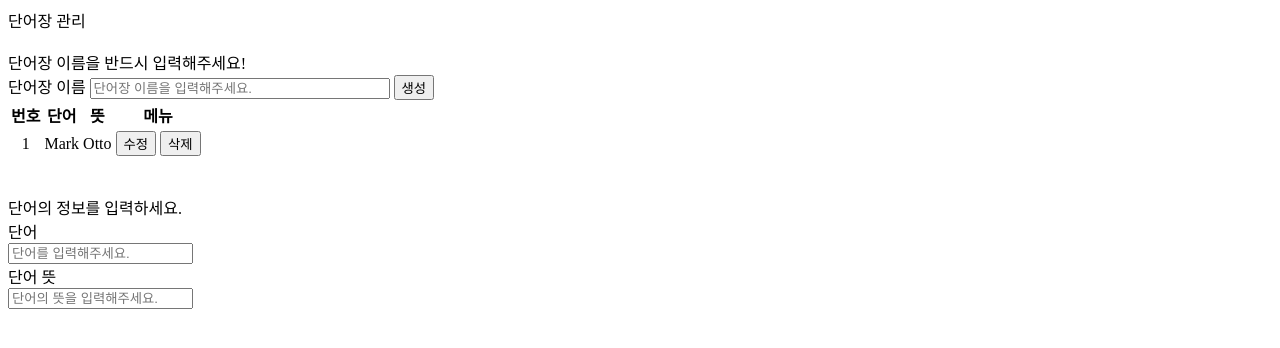
Repository: Pastelkun99/remembrance
Page: http://localhost/ProjectRemembrance/WEB-INF/views/menu_pages/11_makeWordCard.jsp
The author's editor kept a copy of each file at every save. The page is drawn from the files as they stood at one save, then again after the next save.
The browser window is 1280 px wide. The pictures show the whole page.
The page is served by Tomcat 9. Nobody is signed in. The template is opened directly, without the code that normally fills it, so the values that code supplies are empty.

Above is the page before, as saved 2019-08-28 01:18:50.

After the next save:
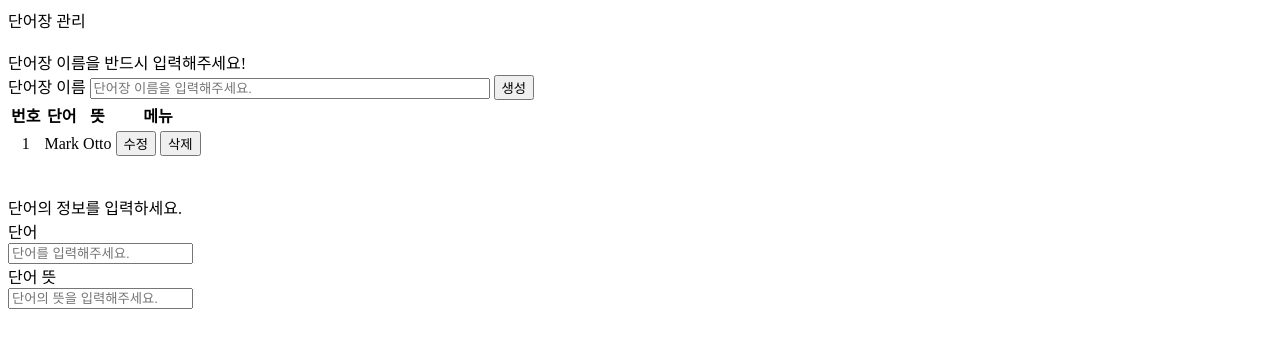
Saved 11 s later.
--- a/ProjectRemembrance/src/main/webapp/WEB-INF/views/menu_pages/11_makeWordCard.jsp
+++ b/ProjectRemembrance/src/main/webapp/WEB-INF/views/menu_pages/11_makeWordCard.jsp
@@ -11,7 +11,7 @@
 		<div class="form-inline"> <!-- input-group-prepend"> -->
 			<span class="input-group-text" id="basic-addon1">단어장 이름</span>
 				<input type="text" class="form-control" id="q_name"
-					placeholder="단어장 이름을 입력해주세요." required="required" style="width:300px">
+					placeholder="단어장 이름을 입력해주세요." required="required" style="width:400px">
 				<button type="button" class="btn btn-primary">생성</button>
 			</div>
 	</div>
